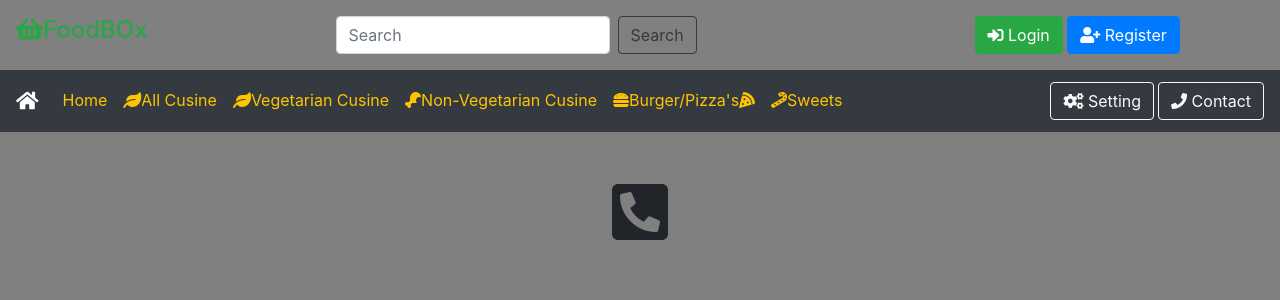
Repository: debjaniprofessional32/Capstone-Final-FoodBox-Delivery-Project
Page: http://localhost/OnlinFoodBOX/helpcenter.jsp
An editor plug-in stored every save of this project. The page is shown before and after the next save, followed by the edit.
The browser window is 1280 px wide. The pictures show the whole page.
Some web libraries are served in a nearby version. The page is served by Tomcat 9. Other server files are loaded and not shown.

Above is the page before, as saved 2022-12-23 12:54:12.

### OnlinFoodBOX/src/main/webapp/helpcenter.jsp
<%@ page language="java" contentType="text/html; charset=ISO-8859-1"  pageEncoding="ISO-8859-1"%>
<!DOCTYPE html>
<html>
<head>
<meta charset="ISO-8859-1">
<title>Help center</title>
<%@include file="all_Component/allCss.jsp"%>
<link rel="stylesheet" href="all_Component/style.css">
</head>
<body>
<%@include file="all_Component/navbar.jsp"%>
<div class="d-flex justify-content-center p-5">
<i class="fas fa-phone-square-alt fa-4x"></i>


</div>
</body>
</html>

### OnlinFoodBOX/src/main/webapp/all_Component/allCss.jsp
<link rel="stylesheet"
	href="https://cdn.jsdelivr.net/npm/bootstrap@4.0.0/dist/css/bootstrap.min.css"
	integrity="sha384-Gn5384xqQ1aoWXA+058RXPxPg6fy4IWvTNh0E263XmFcJlSAwiGgFAW/dAiS6JXm"
	crossorigin="anonymous">
<script src="https://code.jquery.com/jquery-3.2.1.slim.min.js"
	integrity="sha384-KJ3o2DKtIkvYIK3UENzmM7KCkRr/rE9/Qpg6aAZGJwFDMVNA/GpGFF93hXpG5KkN"
	crossorigin="anonymous"></script>
<script
	src="https://cdn.jsdelivr.net/npm/popper.js@1.12.9/dist/umd/popper.min.js"
	integrity="sha384-ApNbgh9B+Y1QKtv3Rn7W3mgPxhU9K/ScQsAP7hUibX39j7fakFPskvXusvfa0b4Q"
	crossorigin="anonymous"></script>
<script
	src="https://cdn.jsdelivr.net/npm/bootstrap@4.0.0/dist/js/bootstrap.min.js"
	integrity="sha384-JZR6Spejh4U02d8jOt6vLEHfe/JQGiRRSQQxSfFWpi1MquVdAyjUar5+76PVCmYl"
	crossorigin="anonymous"></script>
<link rel="stylesheet"
	href="https://cdnjs.cloudflare.com/ajax/libs/font-awesome/5.15.3/css/all.min.css"
	integrity="sha512-iBBXm8fW90+nuLcSKlbmrPcLa0OT92xO1BIsZ+ywDWZCvqsWgccV3gFoRBv0z+8dLJgyAHIhR35VZc2oM/gI1w=="
	crossorigin="anonymous" referrerpolicy="no-referrer" />

### OnlinFoodBOX/src/main/webapp/all_Component/navbar.jsp
 <%@ taglib prefix="c" uri="http://java.sun.com/jsp/jstl/core" %>
 <%@ page isELIgnored = "false" %>
 <style type="text/css">
 .navbar {
     background: #000000
 }

 .nav-item::after {
     content: '';
     display: block;
     width: 0px;
     height: 2px;
     background: #fec400;
     transition: 0.4s
 }

 .nav-item:hover::after {
     width: 100%
 }

 .navbar-dark .navbar-nav .active>.nav-link,
 .navbar-dark .navbar-nav .nav-link.active,
 .navbar-dark .navbar-nav .nav-link.show,
 .navbar-dark .navbar-nav .show>.nav-link,
 .navbar-dark .navbar-nav .nav-link:focus,
 .navbar-dark .navbar-nav .nav-link:hover {
     color: #fec400
 }

 .nav-link {
     padding: 10px 5px;
     transition: 0.2s
 }

 body{
     background-color:grey;
 }
</style>
<div class="container-fluid p-3">
	<div class="row">

		<div class="col-md-3 text-success">

<h4><i class='fa fa-shopping-basket'></i>FoodBOx</h4>
		</div>

		<div class="col-md-6">
			<form class="form-inline my-2 my-lg-0">
				<input class="form-control mr-sm-2" type="search"
					placeholder="Search" aria-label="Search">
				<button class="btn btn-outline-dark my-2 my-sm-0" type="submit">Search</button>
			</form>
		</div>
		<c:if test="${not empty userobj}">
		<div class="col-md-3">
		    <a href="checkout.jsp" class="mt-6"><i class='fas fa-cart-plus fa-2x '></i></a>
			<a href="login.jsp" class="btn btn-success"><i class='fas fa-user-plus'></i>&nbsp;${userobj.name}</a>
			<a href="logout" class="btn btn-primary "><i class='fas fa-sign-in-alt'></i>&nbsp;Logout</a>
		</div>

		</c:if>
		<c:if test="${empty userobj}">
		<div class="col-md-3">
			<a href="login.jsp" class="btn btn-success"><i class='fas fa-sign-in-alt'></i>&nbsp;Login</a>
			<a href="rejister.jsp" class="btn btn-primary "><i class='fas fa-user-plus'></i>&nbsp;Register</a>
		</div>

		</c:if>

	</div>



</div>


<nav class="navbar navbar-expand-lg navbar-dark bg-dark">
  <a class="navbar-brand " href="#"><i class="fas fa-home"></i></a>
  <button class="navbar-toggler" type="button" data-toggle="collapse" data-target="#navbarSupportedContent" aria-controls="navbarSupportedContent" aria-expanded="false" aria-label="Toggle navigation">
    <span class="navbar-toggler-icon"></span>
  </button>

  <div class="collapse navbar-collapse" id="navbarSupportedContent">
    <ul class="navbar-nav mr-auto">
      <li class="nav-item active "><a class="nav-link " href="index.jsp">Home <span class="sr-only">(current)</span></a></li>
      <li class="nav-item active"><a class="nav-link" href="all_veg.jsp"><i class="fa fa-leaf"></i>All Cusine</a></li>
      <li class="nav-item active"><a class="nav-link" href="all_veg1.jsp"><i class="fa fa-leaf"></i>Vegetarian Cusine</a></li>
      <li class="nav-item active"><a class="nav-link " href="all_nonveg.jsp"><i class='fas fa-drumstick-bite'></i>Non-Vegetarian Cusine</a></li>
      <li class="nav-item active"><a class="nav-link " href="all_Bpizza.jsp"><i class='fas fa-hamburger'></i>Burger/Pizza's<i class='fas fa-pizza-slice'></i></a></li>
      <li class="nav-item active"><a class="nav-link " href="all_sweet.jsp"><i class='fas fa-candy-cane'></i>Sweets</a></li>
    </ul>
    <form class="form-inline my-2 my-lg-0">
     <a class="btn btn-outline-light my-2 my-sm-0" href="setting.jsp" class="outline-light"><i class='fa fa-cogs '></i>&nbsp;Setting</a>
      <button class="btn btn-outline-light my-2 my-sm-0 ml-1" type="submit"><i class='fa fa-phone'></i>&nbsp;Contact</button>
    </form>
  </div>
</nav>

### OnlinFoodBOX/src/main/webapp/all_Component/style.css
 .navbar-nav active .nav-link:hover {

    background-color:#b2ff59;
    text-color:#000000;
    border-radius:10px;
}
.navbar-item:hover {


    text-color:#000000;

}

.carousel {
  width:auto;
  height:400px;
}

After the next save:
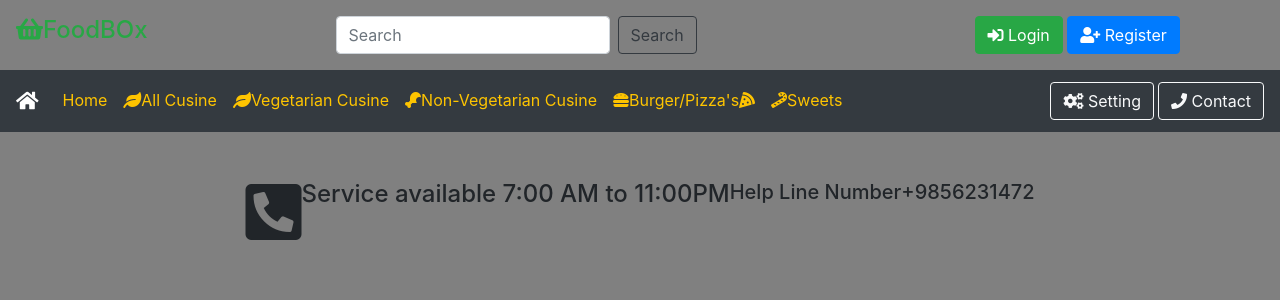
Saved 111 s later.
--- a/OnlinFoodBOX/src/main/webapp/helpcenter.jsp
+++ b/OnlinFoodBOX/src/main/webapp/helpcenter.jsp
@@ -11,7 +11,9 @@
 <%@include file="all_Component/navbar.jsp"%>
 <div class="d-flex justify-content-center p-5">
 <i class="fas fa-phone-square-alt fa-4x"></i>
-
+<h4 class="text-center" >Service available 7:00 AM to 11:00PM</h4>
+<h5>Help Line Number</h5>
+<h5>+9856231472</h5>
 
 </div>
 </body>
